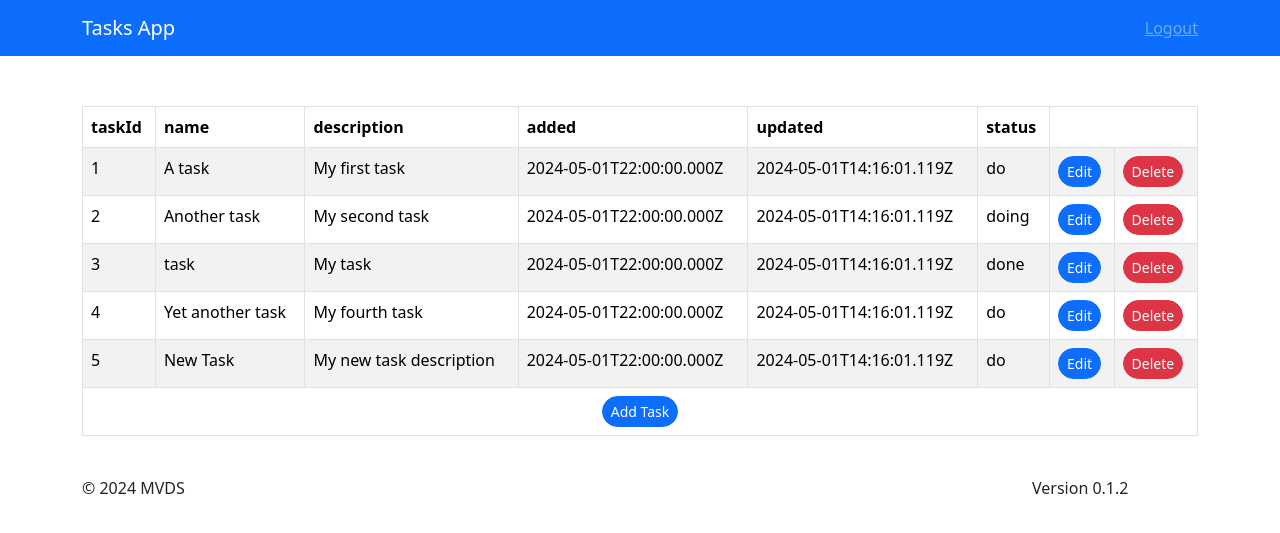
Repository: trider/react-task-manager
Page: /#/tasks
An editor plug-in stored every save of this project. The page is shown before and after the next save, followed by the edit.
The browser window is 1280 px wide. The pictures show the whole page.
The project was rebuilt for these pictures with package versions that can differ from the ones it lists, and the page was loaded fresh each time. Also part of the build but not shown: src/App.css, src/data/_Users.js, src/pages/Login.js.

Above is the page before, as saved 2024-05-07 17:54:14.

### src/App.js
// import logo from './logo.svg';
import './App.css';
import 'bootstrap/dist/css/bootstrap.min.css';
// import { BrowserRouter, Routes, Route } from "react-router-dom";
import {HashRouter as Router, Routes, Route} from "react-router-dom";
import LoginForm from "./pages/Login";
import TaskList from "./pages/Task";

// const path = process.env.REACT_APP_FOR_PATH;

function App() {
  return (
    <div>
      <Router baseline="/">
        <Routes>
          <Route index element={<LoginForm />} />
            <Route path="login" element={<LoginForm />} />
            <Route path="tasks" element={<TaskList />} />
        </Routes>
      </Router>
    </div>
  );
}

export default App;

### src/pages/Task.js
import * as React from 'react';

import { useState } from 'react';

import Table from 'react-bootstrap/Table';
import Container from 'react-bootstrap/Container';
import Button from 'react-bootstrap/Button';
import Form from 'react-bootstrap/Form';

import NavbarComponent from '../components/Navigation';
import Footer from '../components/Footer';

import userTasks from '../data/_Tasks';
import tableCols from '../data/_Cols';




const TaskTable = () => {

  const [tasks, setTasks] = useState(userTasks);
  const [taskName, setTaskName] = useState("A Task");
  const [taskDescription, setTaskDescription] = useState("Task Description");
  const [dateAdded, setDateAdded] = useState(new Date().toISOString());
  const [dateUpdated, setDateUpdated] = useState(new Date().toISOString());
  const [taskStatus, setTaskStatus] = useState("do");
  const [isAdd, setIsAdd] = useState(false);


  const addTask = (task) => {
    setDateAdded(new Date().toISOString());
    setDateUpdated(new Date().toISOString());
    setTaskStatus('do');
    setIsAdd(false);
    setTasks([...tasks, { id: tasks.length + 1, ...task }]);
  }

  const editTask = (task) => {

    setIsAdd(false);
    setTasks(tasks.map((t) => {
      if (tasks.filter((t) => t.isEdit === true).length < 1) {
        if (t.taskId === task.taskId) t.isEdit = !t.isEdit;
      }

      return t
    }));


  }

  const getButton = (task) => {

    if (task.isEdit) {
      return <Button variant="primary rounded-pill" size='sm' onClick={(e) => updateTask(task)}>
        Update
      </Button>
    }
    else {
      return <Button variant="primary rounded-pill" size='sm' onClick={(e) => editTask(task)}>
        Edit
      </Button>
    }

  }

  const updateTask = (task) => {






    setTasks(tasks.map((t) => {
      setTaskName(t.name);
      setTaskDescription(t.description);
      if (t.taskId === task.taskId) {
        t.isEdit = !t.isEdit;
        t.name = taskName;
        t.description = taskDescription;
        t.updated = new Date().toISOString();
        t.status = taskStatus;
      }
      return t;
    }));
    setIsAdd(false);



  }

  const deleteTask = (task) => {
    setTasks(tasks.filter((t) => t.taskId !== task.taskId));
  }

  const getTask = (task, col) => {
    if (task.isEdit) {
      if (col === 'name') {
        return <Form.Control
          type="text"
          value={taskName}
          onChange={(e) => setTaskName(e.target.value)}
        />
      }
      else if (col === 'description') {
        return <Form.Control
          type="text"
          value={taskDescription}
          onChange={(e) => setTaskDescription(e.target.value)}
        />
      }
      else if (col === 'status') {
        return <Form.Control
          type="text"
          value={taskStatus}
          onChange={(e) => setTaskStatus(e.target.value)}
        />
      }
      else {
        return task[col]
      }


    }
    else {
      return task[col]
    }


  }



  const showTableBody = () => {

    if (isAdd) {

      return <tbody>

        <tr>
          <td>
            {tasks.length + 1}
          </td>
          <td>
            <Form.Control
              type="text"
              value={taskName}
              onChange={(e) => setTaskName(e.target.value)}
            />
          </td>
          <td>
            <Form.Control
              type="text"
              value={taskDescription}
              onChange={(e) => setTaskDescription(e.target.value)}

            />
          </td>
          <td>
            {dateAdded}
          </td>
          <td>
            {dateUpdated}
          </td>
          <td>
            do
          </td>

          <td colSpan='2'>
            <div className="d-grid gap-2 d-md-flex justify-content-md-center">

              <Button variant="primary rounded-pill" size='sm' onClick={(e) => addTask({
                name: taskName,
                description: taskDescription,
                user: 'jonnygold',
                status: 'do',
                taskId: tasks.length + 1,
                added: new Date().toISOString(),
                updated: new Date().toISOString(),
                isActive: true,
                isEdit: false
              })}>
                Add
              </Button>
            </div>
          </td>
        </tr>



      </tbody>



    }
    else {
      return <tbody>
        {tasks.map((task) => (
          <tr key={task.id}>
            {tableCols.map((col) => (
              <td key={col}>

                {getTask(task, col)}

              </td>
            ))}

            <td>
              {getButton(task)}
            </td>
            <td>
              <Button variant="danger rounded-pill" size='sm' onClick={(e) => deleteTask(task)}>
                Delete
              </Button>
            </td>
          </tr>
        ))}



        <tr>

          <td colSpan={tableCols.length + 2} style={{ backgroundColor: "white" }}>
            <div className="d-grid gap-2 d-md-flex justify-content-md-center">
              <Button variant="primary rounded-pill" size='sm' onClick={(e) => setIsAdd(!isAdd)}>
                Add Task
              </Button>
            </div>
          </td>
        </tr>
      </tbody>

    }


  }






  return (
    <div >
      <Table striped bordered hover size="lg">
        <thead>
          <tr>
            {tableCols.map((col) => (
              <th key={col}>{col}</th>
            ))}
            <th colSpan={"2"}></th>
          </tr>
        </thead>

        {showTableBody()}

      </Table>




    </div>
  );
}


const TaskList = () => {
  return (
    <div>

      <NavbarComponent />
      <Container style={{ marginTop: "50px" }}>

        <div style={{ marginTop: "50px" }}>
          <TaskTable />
        </div>

      </Container>
      <Footer />
    </div>
  );
}

export default TaskList;

### src/components/Navigation.js
import * as React from 'react';
import Container from 'react-bootstrap/Container';
import Nav from 'react-bootstrap/Nav';
import Navbar from 'react-bootstrap/Navbar';
import {Link as ReactLink} from "react-router-dom";






const NavbarComponent = () => {
  return (
    <Navbar bg="primary" expand="lg" data-bs-theme="dark">
      <Container>
        <Navbar.Brand href="#home">Tasks App</Navbar.Brand>
        <Navbar.Toggle aria-controls="basic-navbar-nav" />
        <Navbar.Collapse id="basic-navbar-nav">
          <Nav className="me-auto" >
          </Nav>

          <div className='Nav'>
            <ReactLink to="/login">Logout</ReactLink>
          </div>
        </Navbar.Collapse>
      </Container>
    </Navbar>
  );
}



export default NavbarComponent;

### src/components/Footer.js
import * as React from 'react';
import Container from 'react-bootstrap/Container';
import Row from 'react-bootstrap/Row';
import Col from 'react-bootstrap/Col';


const Footer = () => {
  return (
    <footer style={{paddingTop:'10%'}} className='class="d-flex flex-wrap justify-content-between align-items-center py-3 my-4 border-top">'>
      <Container >
      <Row>
        <Col sm={10}>&copy; 2024 MVDS</Col>
        <Col>Version 0.1.2</Col>
      </Row>
      </Container>
    </footer>
  );
}

export default Footer;

### src/data/_Tasks.js
const userTasks= [
 {
   id: "6630ab326e723ac1ea6dce7a",
   description: "My first task",
   name: "A task",
   taskId: 1,
   user: "jonnygold",
   added: "2024-05-01T22:00:00.000Z",
   updated: "2024-05-01T14:16:01.119Z",
   status: "do",
   isActive: true,
   isEdit: false
 },
 {
   id: "6630fe5d6e723ac1ea6dce7e",
   description: "My second task",
   name: "Another task",
   taskId: 2,
   user: "jonnygold",
   added: "2024-05-01T22:00:00.000Z",
   updated:"2024-05-01T14:16:01.119Z",
   status: "doing",
   isActive: true,
   isEdit: false
 },
 {
   id: "6630fe826e723ac1ea6dce7f",
   description: "My task",
   name: "task",
   taskId: 3,
   user: "jonnygold",
   added: "2024-05-01T22:00:00.000Z",
   updated:"2024-05-01T14:16:01.119Z",
   status: "done",
   isActive: true,
   isEdit: false
 },
 {
   id: "6631f17cc4c9b7f5ab3c28c3",
   name: "Yet another task",
   description: "My fourth task",
   user: "jonnygold",
   taskId: 4,
   added: "2024-05-01T22:00:00.000Z",
   updated:"2024-05-01T14:16:01.119Z",
   isActive: true,
   status: "do",
   isEdit: false

 },
 {
   id: "66323f0d54b80929f84ebdd2",
   user: "jonnygold",
   name: "New Task",
   description: "My new task description",
   status: "do",
   taskId: 5,
   added: "2024-05-01T22:00:00.000Z",
   updated:"2024-05-01T14:16:01.119Z",
   isActive: true,
   isEdit: false
 }

]

export default userTasks

### src/data/_Cols.js
const tableCols = [
 'taskId',
 'name',
 'description',
 'added',
 'updated',
 'status',
];

export default tableCols

Loaded but not shown: public/index.html (common file); src/index.js (common file); src/index.css (common file); src/reportWebVitals.js (common file)

After the next save:
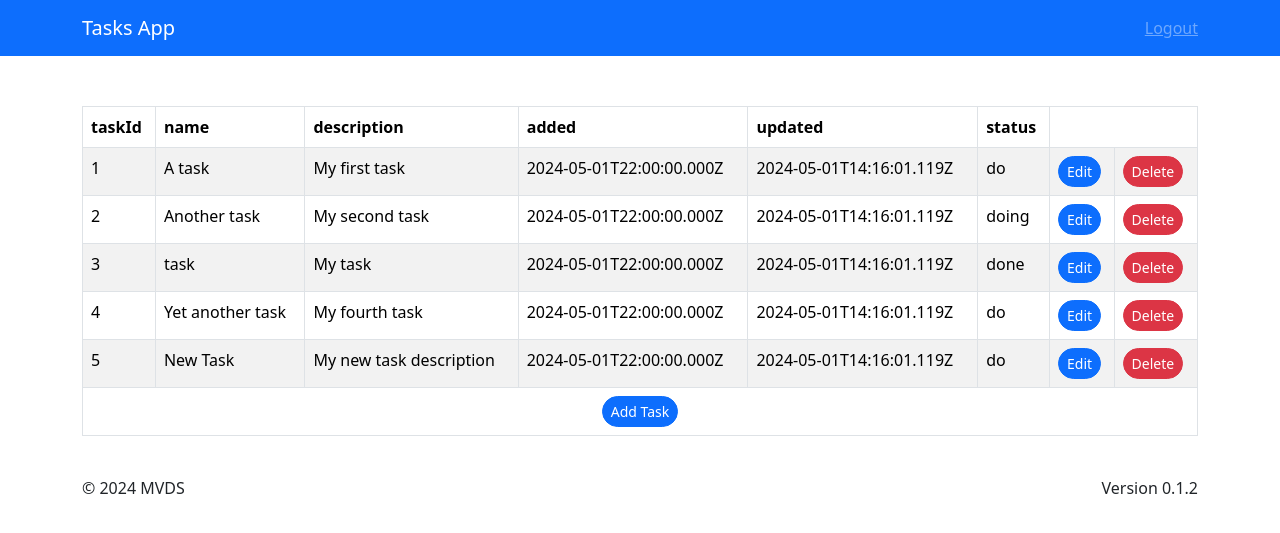
Saved 37 s later.
--- a/src/components/Footer.js
+++ b/src/components/Footer.js
@@ -10,7 +10,7 @@ const Footer = () => {
       <Container >
       <Row>
         <Col sm={10}>&copy; 2024 MVDS</Col>
-        <Col>Version 0.1.2</Col>
+        <Col style={{textAlign:"right"}}>Version 0.1.2</Col>
       </Row>
       </Container>
     </footer>
